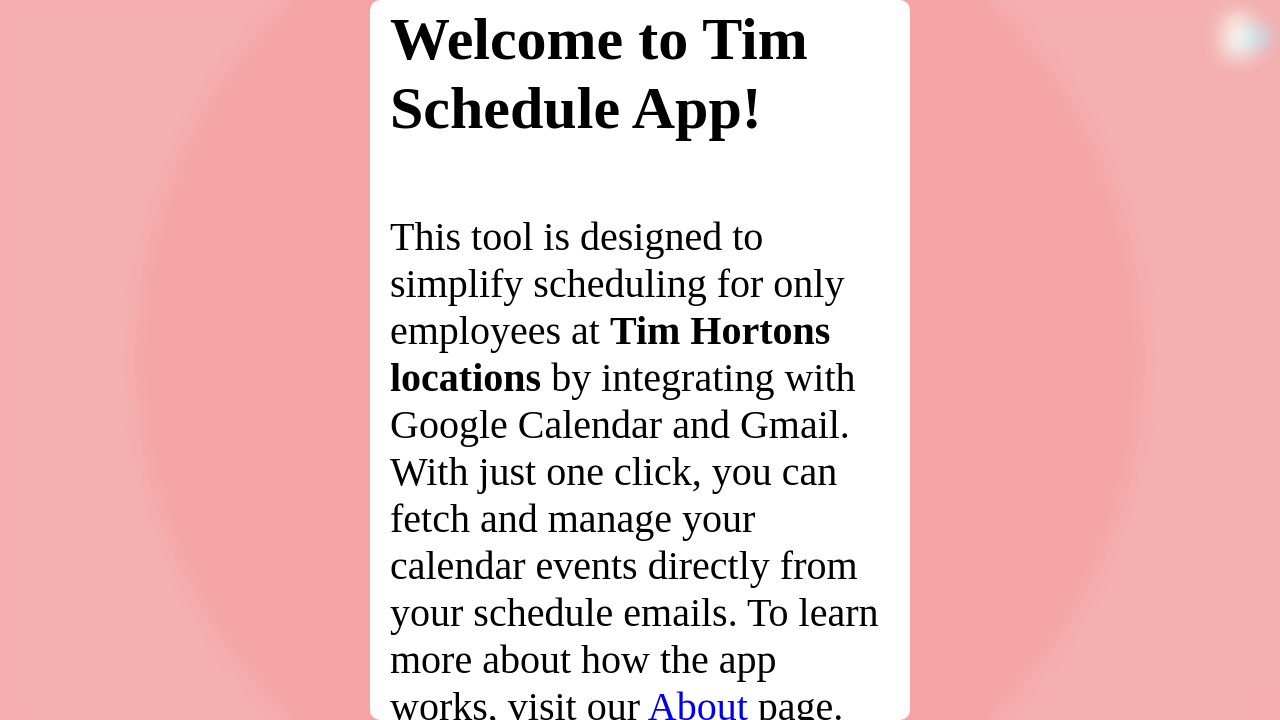
Repository: Sukhvir-Grewal/tim-schadule-app
Page: node_version/public/index.html
The author's editor kept a copy of each file at every save. The page is drawn from the files as they stood at one save, then again after the next save.
The browser window is 1280 px wide. The pictures show the whole page.

Above is the page before, as saved 2024-08-15 01:10:45.

After the next save:
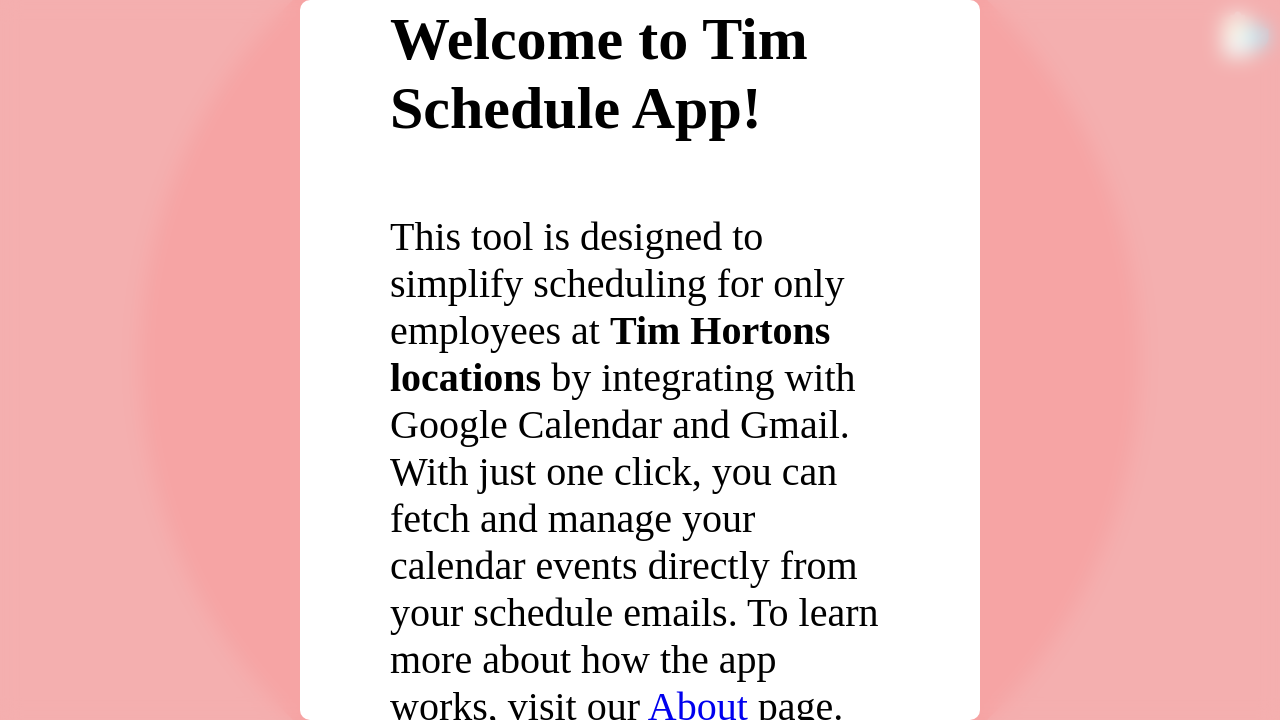
Saved 16 s later.
--- a/node_version/public/style.css
+++ b/node_version/public/style.css
@@ -31,10 +31,9 @@
     border-radius: 10px;
     min-height: 100px;
     width: 90vw;
-    padding: 5px 20px;
+    padding: 5px 90px;
     animation: fadeIn 4s ease;
     font-size: 40px;
-    margin
 }
 
 .aboutBox h2{
